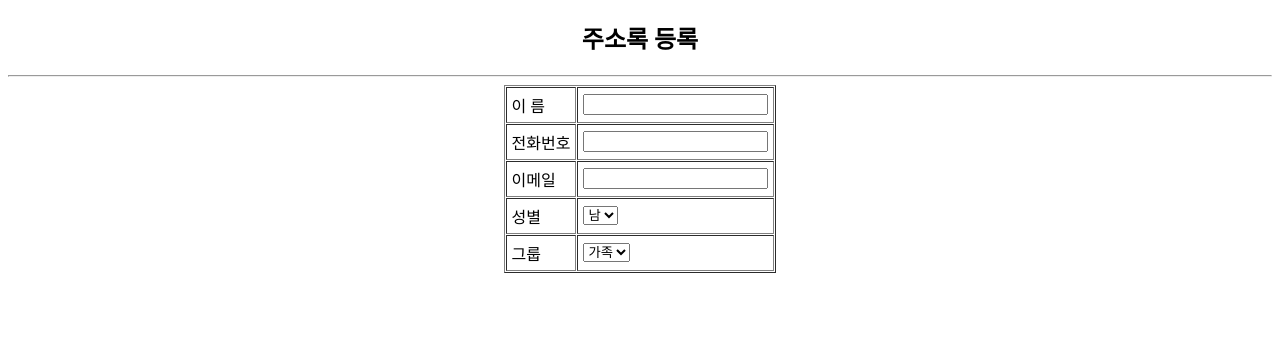
Repository: LeeHyeSu/JSP
Page: http://localhost/PracticeA-02/addr_form.jsp
An editor plug-in stored every save of this project. The page is shown before and after the next save, followed by the edit.
The browser window is 1280 px wide. The pictures show the whole page.
The page is served by Tomcat 9.

Above is the page before, as saved 2017-11-26 07:18:11.

After the next save:
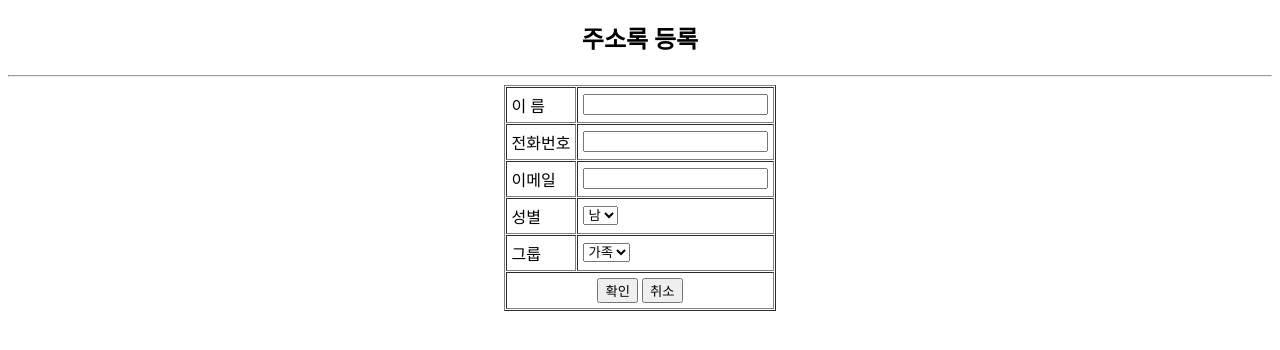
Saved 13 min 7 s later.
--- a/PracticeA-02/WebContent/addr_form.jsp
+++ b/PracticeA-02/WebContent/addr_form.jsp
@@ -43,6 +43,10 @@
 		</select>
 		</td>
 		</tr>
+		<tr><td colspan="2" align="center">
+			<input type="submit" value="확인">
+			<input type="reset" value="취소"></td>
+		</tr>
 	</table>
 </form>
 </div>
